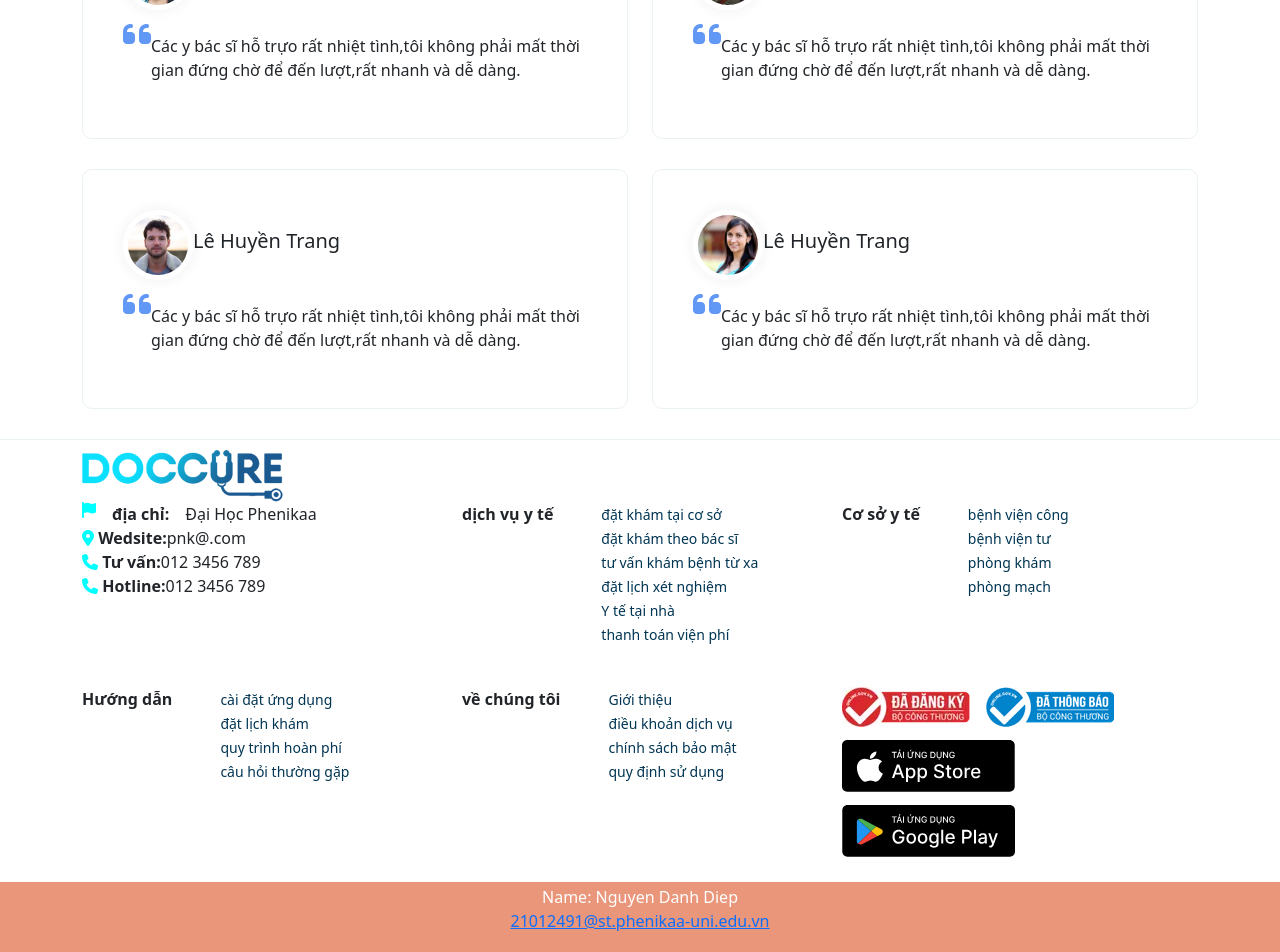
Repository: tuanminhh03/DACS-Complete
Page: web/medical.html
An editor plug-in stored every save of this project. The page is shown before and after the next save, followed by the edit.
The browser window is 1280 px wide. The pictures show the part of the page from y = 1519 to 2471 px (the page is 2471 px tall before and 2407 px after).
A picture or video elsewhere on the page could not be fetched, so the positions and the page height are approximate.

Above is the page before, as saved 2023-11-11 17:44:46.

After the next save:
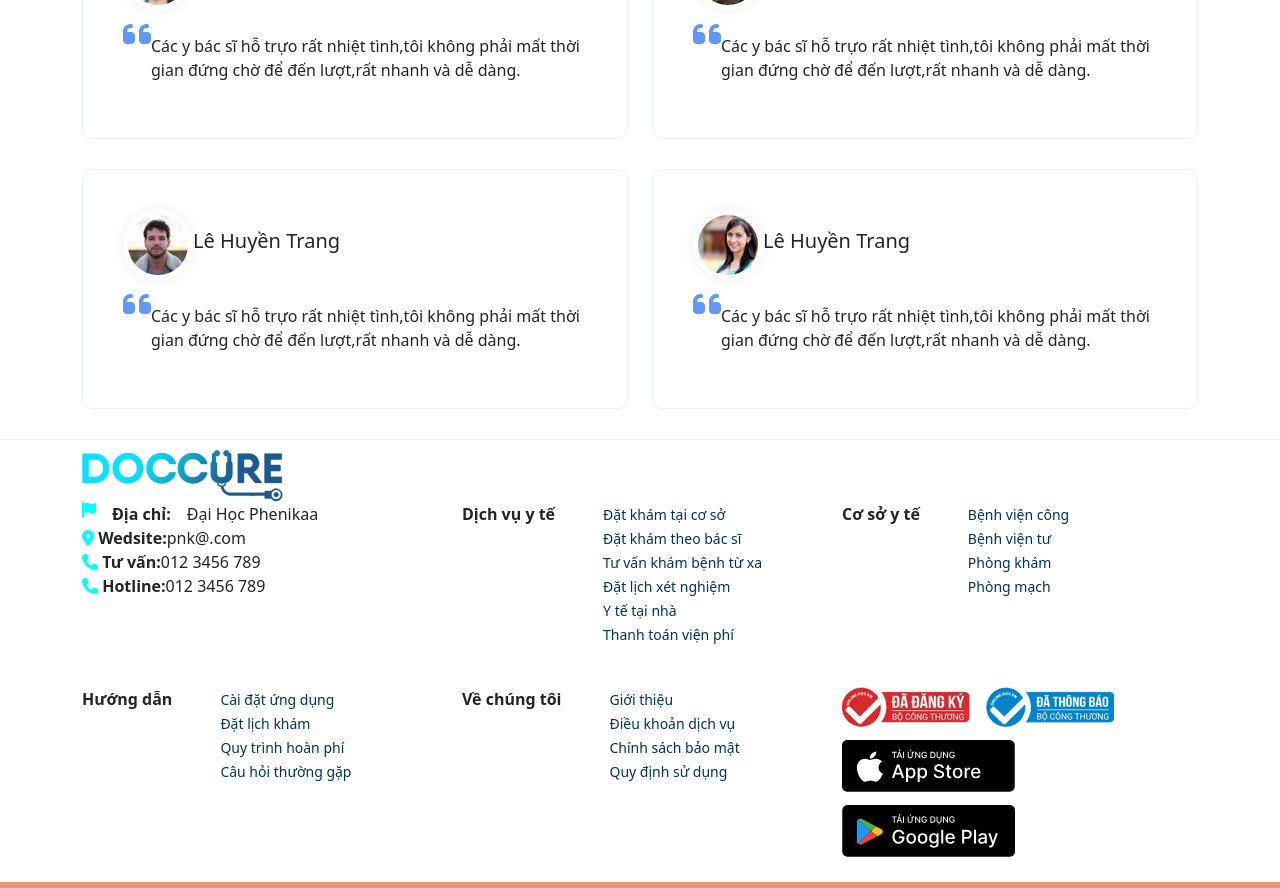
Saved 40 s later.
--- a/web/medical.html
+++ b/web/medical.html
@@ -257,7 +257,7 @@
                             <div class="doccure-address-block">
                                 <div class="doccure-address-title">
                                     <i class="fas fa-flag" style="color: aqua;"></i>
-                                    <strong>địa chỉ:</strong>Đại Học Phenikaa
+                                    <strong>Địa chỉ:</strong>Đại Học Phenikaa
                                 </div>
                                 <div class="doccure-address">
                                     <i class="fas fa-map-marker-alt"style="color: aqua;"></i>
@@ -275,14 +275,14 @@
                         <div class="col-4">
                             <div class="doccure-address-block">
                                 <div class="doccure-address-title">
-                                    <strong>dịch vụ y tế</strong>
+                                    <strong>Dịch vụ y tế</strong>
                                     <ul>
-                                        <li><a href="#">đặt khám tại cơ sở</a></li>
-                                        <li><a href="#">đặt khám theo bác sĩ</a></li>
-                                        <li><a href="#">tư vấn khám bệnh từ xa</a></li>
-                                        <li><a href="#">đặt lịch xét nghiệm</a></li>
+                                        <li><a href="#">Đặt khám tại cơ sở</a></li>
+                                        <li><a href="#">Đặt khám theo bác sĩ</a></li>
+                                        <li><a href="#">Tư vấn khám bệnh từ xa</a></li>
+                                        <li><a href="#">Đặt lịch xét nghiệm</a></li>
                                         <li><a href="#">Y tế tại nhà</a></li>
-                                        <li><a href="#">thanh toán viện phí</a></li>
+                                        <li><a href="#">Thanh toán viện phí</a></li>
                                     </ul>
                                 </div>
                             </div>
@@ -292,10 +292,10 @@
                                 <div class="doccure-address-title">
                                     <strong>Cơ sở y tế</strong>
                                     <ul>
-                                        <li><a href="#">bệnh viện công</a></li>
-                                        <li><a href="#">bệnh viện tư</a></li>
-                                        <li><a href="#">phòng khám</a></li>
-                                        <li><a href="#">phòng mạch</a></li>
+                                        <li><a href="#">Bệnh viện công</a></li>
+                                        <li><a href="#">Bệnh viện tư</a></li>
+                                        <li><a href="#">Phòng khám</a></li>
+                                        <li><a href="#">Phòng mạch</a></li>
                                     </ul>
                                 </div>
                             </div>
@@ -305,10 +305,10 @@
                                 <div class="doccure-address-title">
                                     <strong>Hướng dẫn</strong>
                                     <ul>
-                                        <li><a href="#">cài đặt ứng dụng</a></li>
-                                        <li><a href="#">đặt lịch khám</a></li>
-                                        <li><a href="#">quy trình hoàn phí</a></li>
-                                        <li><a href="#">câu hỏi thường gặp</a></li>
+                                        <li><a href="#">Cài đặt ứng dụng</a></li>
+                                        <li><a href="#">Đặt lịch khám</a></li>
+                                        <li><a href="#">Quy trình hoàn phí</a></li>
+                                        <li><a href="#">Câu hỏi thường gặp</a></li>
                                     </ul>
                                 </div>
                             </div>
@@ -316,12 +316,12 @@
                         <div class="col-4">
                             <div class="doccure-address-block">
                                 <div class="doccure-address-title">
-                                    <strong>về chúng tôi</strong>
+                                    <strong>Về chúng tôi</strong>
                                     <ul>
                                         <li><a href="#">Giới thiệu</a></li>
-                                        <li><a href="#">điều khoản dịch vụ</a></li>
-                                        <li><a href="#">chính sách bảo mật</a></li>
-                                        <li><a href="#">quy định sử dụng</a></li>
+                                        <li><a href="#">Điều khoản dịch vụ</a></li>
+                                        <li><a href="#">Chính sách bảo mật</a></li>
+                                        <li><a href="#">Quy định sử dụng</a></li>
                                     </ul>
                                 </div>
                             </div>
@@ -343,8 +343,7 @@
         </div>
     </div>
     <footer>
-        <p> Name: Nguyen Danh Diep<br>
-        <a href="#">21012491@st.phenikaa-uni.edu.vn</a></p>
+
       </footer>
     <script src="./boostrap/bootstrap.min.js"></script>
     <script src="./jquery/code.jquery.com_jquery-3.7.1.min.js"></script>
